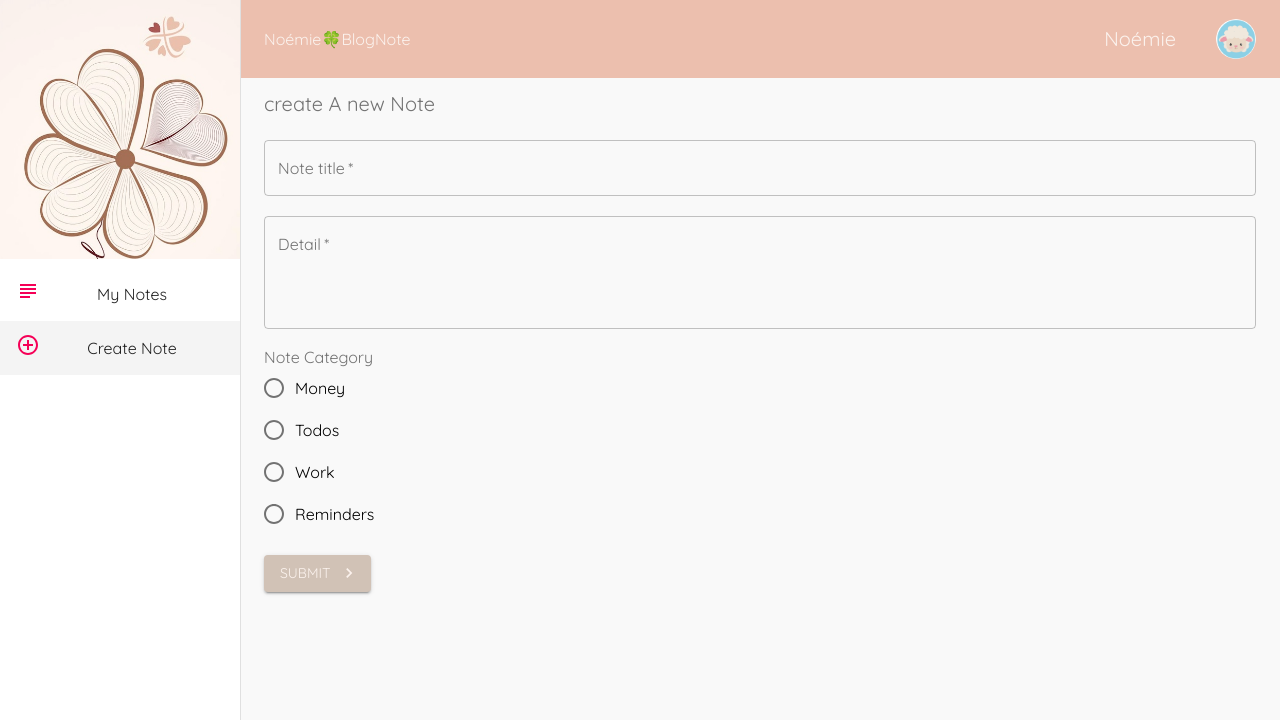
Repository: noemiepham/noemieblognote
Page: /create
An editor plug-in stored every save of this project. The page is shown before and after the next save, followed by the edit.
The browser window is 1280 px wide. The pictures show the whole page.
The project was rebuilt for these pictures with package versions that can differ from the ones it lists, and the page was loaded fresh each time. Also part of the build but not shown: src/components/NoteCard.js, src/pages/Notes.js.

Above is the page before, as saved 2023-12-08 16:51:34.

After the next save:
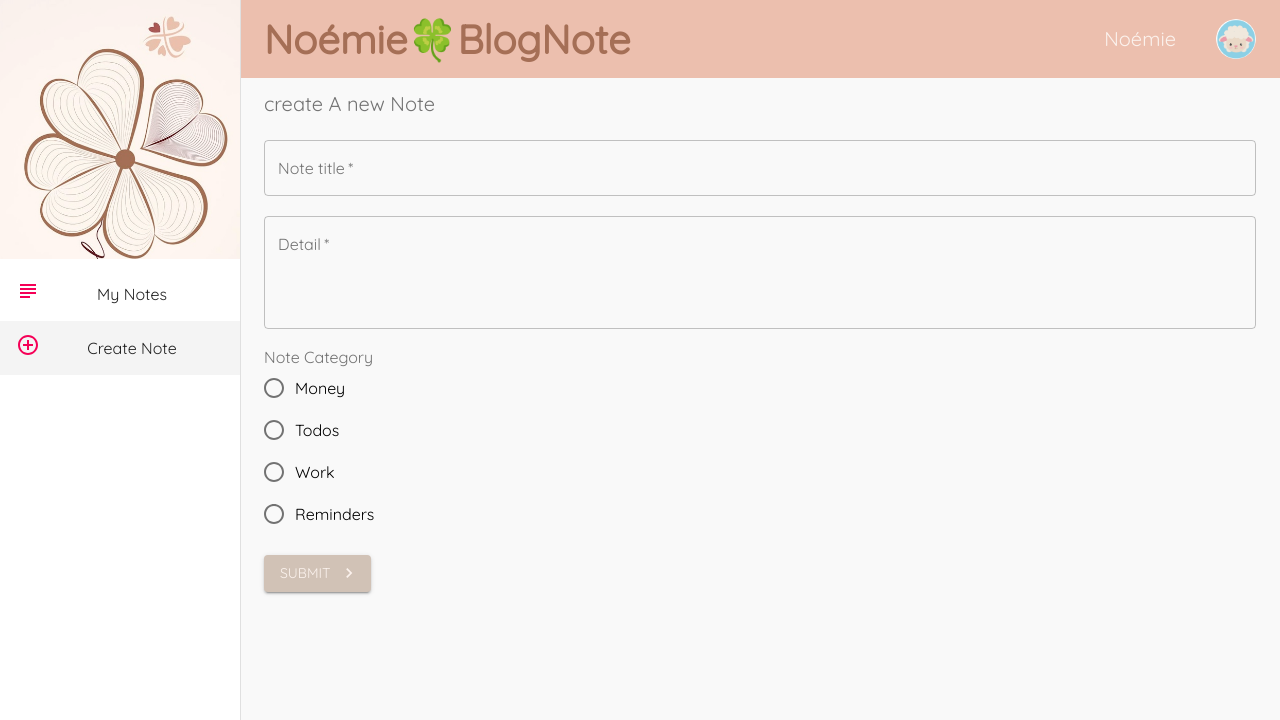
Saved 78 s later.
--- a/src/index.css
+++ b/src/index.css
@@ -40,3 +40,9 @@ img {
 header.MuiPaper-root.MuiAppBar-root.MuiAppBar-positionFixed.MuiAppBar-colorPrimary.makeStyles-appbar-7.mui-fixed.MuiPaper-elevation0 {
      background-color: #ecbfae;
 }
+
+p.MuiTypography-root.makeStyles-date-9.MuiTypography-body1 {
+     font-size: 40px;
+     font-weight: bolder;
+     color: #a56f56;
+}
